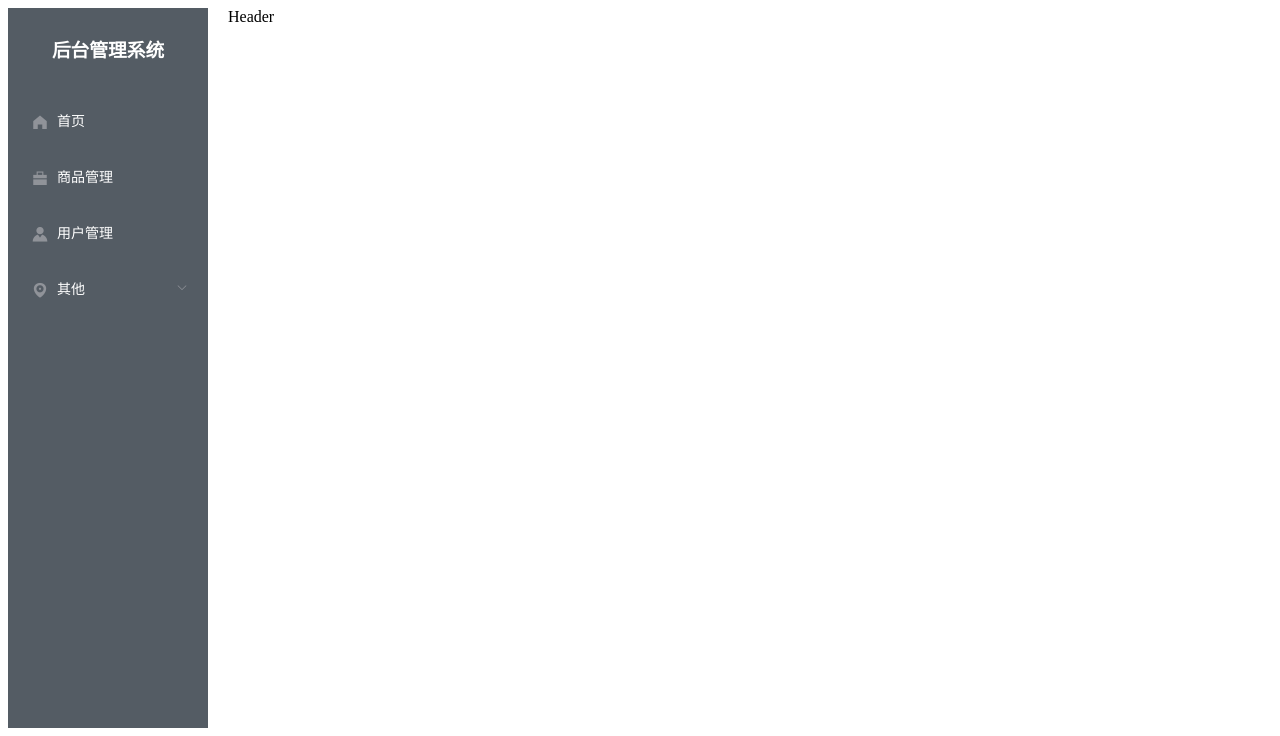
Repository: ldqml/ldqml.github.io
Page: /
These files come from the project's save history. The page is drawn as it stood at one moment and after the next save; the edit follows.
The browser window is 1280 px wide. The pictures show the whole page.
The project was rebuilt for these pictures with package versions that can differ from the ones it lists, and the page was loaded fresh each time. Also part of the build but not shown: vue.config.js, src/views/User.vue, src/views/Home.vue.

Above is the page before, as saved 2022-10-31 17:15:05.

### src/main.js
import Vue from 'vue'
import App from './App.vue'
import ElementUi from 'element-ui'
import 'element-ui/lib/theme-chalk/index.css'
import router from './router'

Vue.use(ElementUi)
Vue.config.productionTip = false

new Vue({
  router,
  render: h => h(App),
}).$mount('#app')

### src/App.vue
<template>
  <div id="app">
    <!-- <el-row>
      <el-button disabled>默认按钮</el-button>
      <el-button type="primary" disabled>主要按钮</el-button>
      <el-button type="success" disabled>成功按钮</el-button>
      <el-button type="info" disabled>信息按钮</el-button>
      <el-button type="warning" disabled>警告按钮</el-button>
      <el-button type="danger" disabled>危险按钮</el-button>
    </el-row> -->
    <router-view></router-view>
  </div>
</template>

<script>
export default {
  name: "App",
  components: {},
};
</script>

<style>

</style>

### src/router/index.js
import Vue from 'vue'
import VueRouter from 'vue-router'
import User from '../views/User.vue'
import Home from '../views/Home.vue'
import Main from '../views/Main.vue'

Vue.use(VueRouter)

const routes = [
    {
        path:'/',
        component:Main,
        children:[
            {
                path:'/home',
                component: Home
            },
            {
                path:'/user',
                component: User
            }
        ]
    }
]

const router = new VueRouter({
    routes
})

export default router

### src/views/Main.vue
<template>
  <div>
    <el-container>
      <el-aside width="200px">
        <com-aside></com-aside>
      </el-aside>
      <el-container>
        <el-header>Header</el-header>
        <el-main>
            <router-view></router-view>
        </el-main>
      </el-container>
    </el-container>
  </div>
</template>
<script>
import ComAside from '../components/ComAside.vue'
export default {
  data() {
    return {}
  },
  components:{
    ComAside
  }
};
</script>

### src/components/ComAside.vue
<template>
  <el-menu
    default-active="1-4-1"
    class="el-menu-vertical-demo"
    @open="handleOpen"
    @close="handleClose"
    :collapse="isCollapse"
    background-color="#545c64"
    text-color="#fff"
    active-text-color="#ffd04b"
  >
    <h3>后台管理系统</h3>
    <el-menu-item v-for="item in noChildren" :key='item.name' :index="item.name">
      <i :class="`el-icon-${item.icon}`"></i>
      <span slot="title">{{item.label}}</span>
    </el-menu-item>
    <el-submenu v-for="item in hasChildren" :key="item.name" :index="item.name">
      <template slot="title">
        <i class="el-icon-location"></i>
        <span slot="title">{{item.label}}</span>
      </template>
      <el-menu-item-group>
        <el-menu-item v-for="subitem in item.children" :key="subitem.name" :index="subitem.name">{{subitem.label}}</el-menu-item>
      </el-menu-item-group>
    </el-submenu>
  </el-menu>
</template>

<style lang="less" scoped>
.el-menu-vertical-demo:not(.el-menu--collapse) {
  width: 200px;
  min-height: 400px;
}
.el-menu{
  height: 100vh;
  h3{
    color: #fff;
    text-align: center;
    line-height: 48px;
  }
}
</style>

<script>
export default {
  data() {
    return {
      isCollapse: false,
      menuDate:[
        {
          path: '/',
          name: 'home',
          label: '首页',
          icon: 's-home',
          url: 'Home/Home'
        },
        {
          path: '/mall',
          name: 'mall',
          label: '商品管理',
          icon: 's-cooperation',
          url: 'MallManage/MallManage'
        },
        {
          path: '/user',
          name: 'user',
          label: '用户管理',
          icon: 's-custom',
          url: 'UserManage/UserManage'
        },
        {
          label: '其他',
          icon: 'location',
          children: [
            {
              path: '/page1',
              name: 'page1',
              label: '首页1',
              icon: 'setting',
              url: 'Other/PageOne'
            },
            {
              path: '/page2',
              name: 'page2',
              label: '首页2',
              icon: 'setting',
              url: 'Other/PageTwo'
            }
          ]
        }
      ]
    };
  },
  methods: {
    handleOpen(key, keyPath) {
      console.log(key, keyPath);
    },
    handleClose(key, keyPath) {
      console.log(key, keyPath);
    },
  },
  computed:{
    noChildren(){
        return this.menuDate.filter(item => !item.children)
    },
    hasChildren(){
        return this.menuDate.filter(item => item.children)
    }
  }
};
</script>

Loaded but not shown: public/index.html (common file)

After the next save:
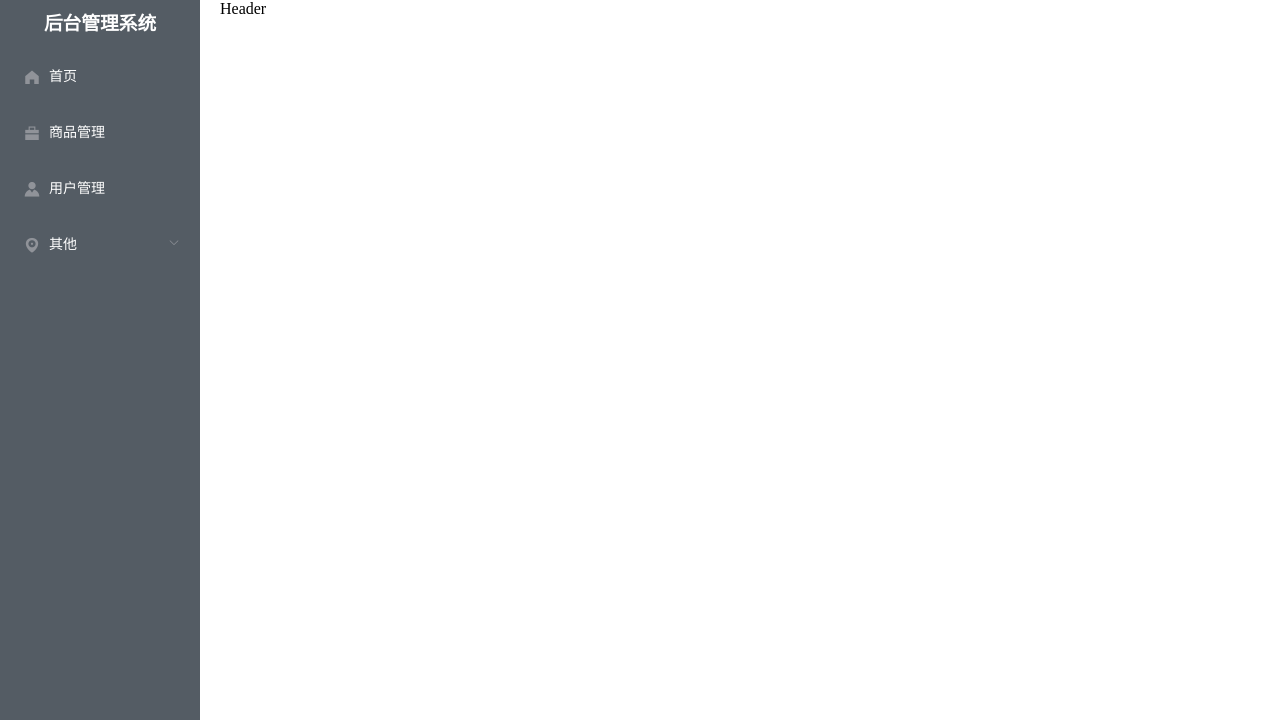
Saved 84 s later.
--- a/src/App.vue
+++ b/src/App.vue
@@ -19,6 +19,9 @@
 };
 </script>
 
-<style>
-
+<style lang="less">
+html, body,h3{
+  margin: 0;
+  padding: 0;
+}
 </style>
